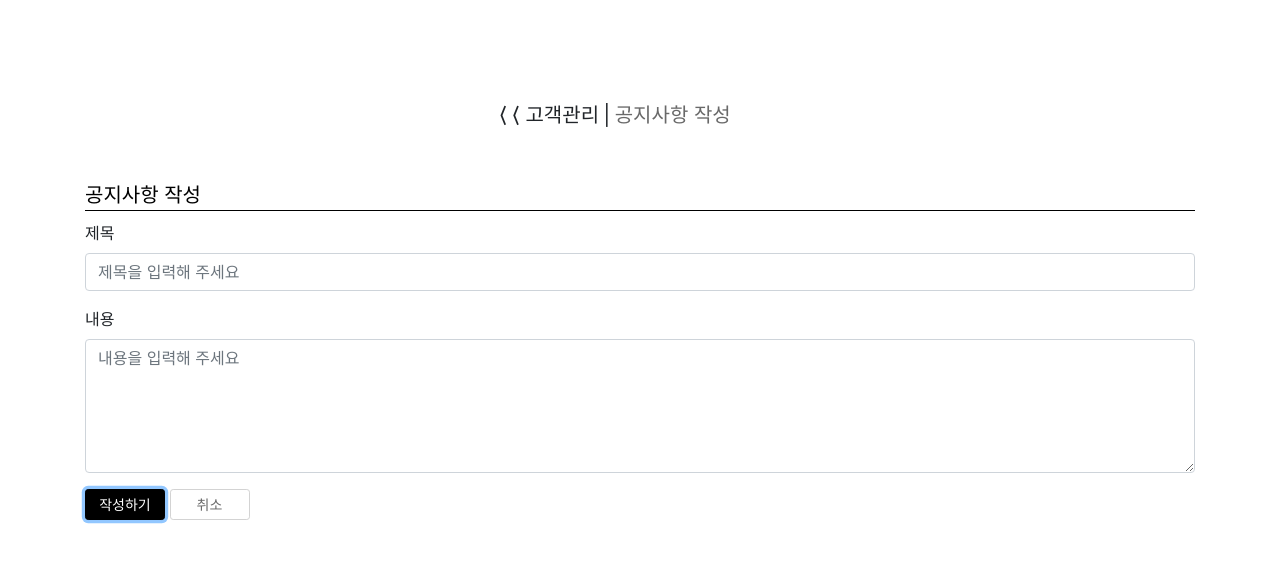
Repository: mcw9503/PassionForFashion
Page: Semi_Project/src/main/webapp/WEB-INF/createBoard.html
An editor plug-in stored every save of this project. The page is shown before and after the next save, followed by the edit.
The browser window is 1280 px wide. The pictures show the whole page.
The first visible `.btn[class*="btn"]` has the focus.
Some web libraries are served in a nearby version.

Above is the page before, as saved 2023-05-07 11:32:41.

### Semi_Project/src/main/webapp/WEB-INF/createBoard.html
<!DOCTYPE html>
<html>
<head>
<meta charset="UTF-8">
<title>Insert title here</title>
<link href="https://fonts.googleapis.com/earlyaccess/notosanskr.css"
	rel="stylesheet">
<link rel="stylesheet" href="https://stackpath.bootstrapcdn.com/bootstrap/4.2.1/css/bootstrap.min.css"
	  integrity="sha384-GJzZqFGwb1QTTN6wy59ffF1BuGJpLSa9DkKMp0DgiMDm4iYMj70gZWKYbI706tWS"
	  crossorigin="anonymous">
</head>


<style>

body {

  padding-top: 70px;
  padding-bottom: 30px;

}

.btn[class*="btn"] {
	color: dimgray;
	background:white;
	border: 1px solid lightgray;
	margin-bottom: 10px;
	width: 80px;

}

.btn-primary:hover{
	color: white;
	background:black;
	border: 0.5px solid black;
}

.btn[class*="btn"]:focus{
	color: white;
	background:black;
	border: 0.5px solid black;
}
</style>


<body>

	<article>

		<div style="display:inline-block; margin-left: 500px; margin-bottom: 50px; margin-top: 30px; font-size: 20px;">&lang; &lang; 고객관리 </div>

			<span style="font-size: 20px;">|</span>

	 <span style="color:dimgray;font-size: 20px;">  공지사항 작성</span>

		<div class="container" role="main">

			<div style="font-weight: 200; border-bottom: 1px solid black; color: black; margin-bottom: 10px; font-size: 20px;">공지사항 작성</div>

			<form name="form" id="form" role="form" method="post" action="${pageContext.request.contextPath}/board/saveBoard">

				<div class="mb-3">

					<label for="title">제목</label>

					<input type="text" class="form-control" name="title" id="title" placeholder="제목을 입력해 주세요">

				</div>

				<div class="mb-3">

					<label for="content">내용</label>

					<textarea class="form-control" rows="5" name="content" id="content" placeholder="내용을 입력해 주세요" ></textarea>

				</div>


			</form>

			<div >

				<button type="button" class="btn btn-sm btn-primary" id="Save">작성하기</button>

				<button type="button" class="btn btn-sm btn-primary" id="btnList">취소</button>

			</div>

		</div>

	</article>

</body>

</html>

After the next save:
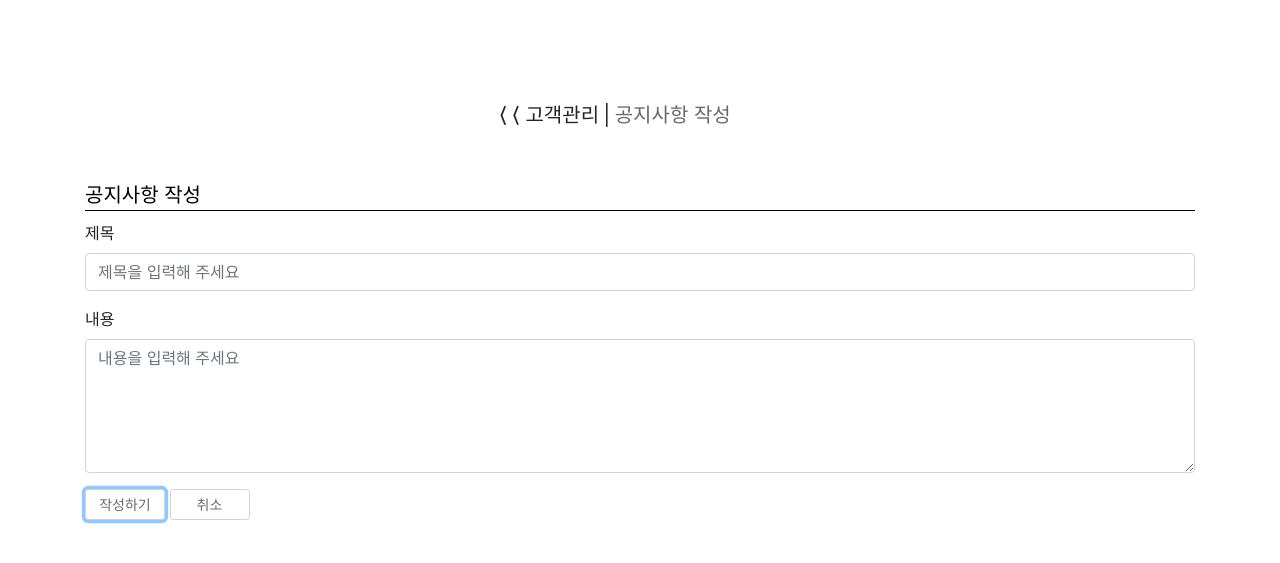
Saved 30 s later.
--- a/Semi_Project/src/main/webapp/WEB-INF/createBoard.html
+++ b/Semi_Project/src/main/webapp/WEB-INF/createBoard.html
@@ -35,7 +35,7 @@ body {
 	border: 0.5px solid black;
 }
 
-.btn[class*="btn"]:focus{
+.btn[class*="btn"]:active{
 	color: white;
 	background:black;
 	border: 0.5px solid black;
